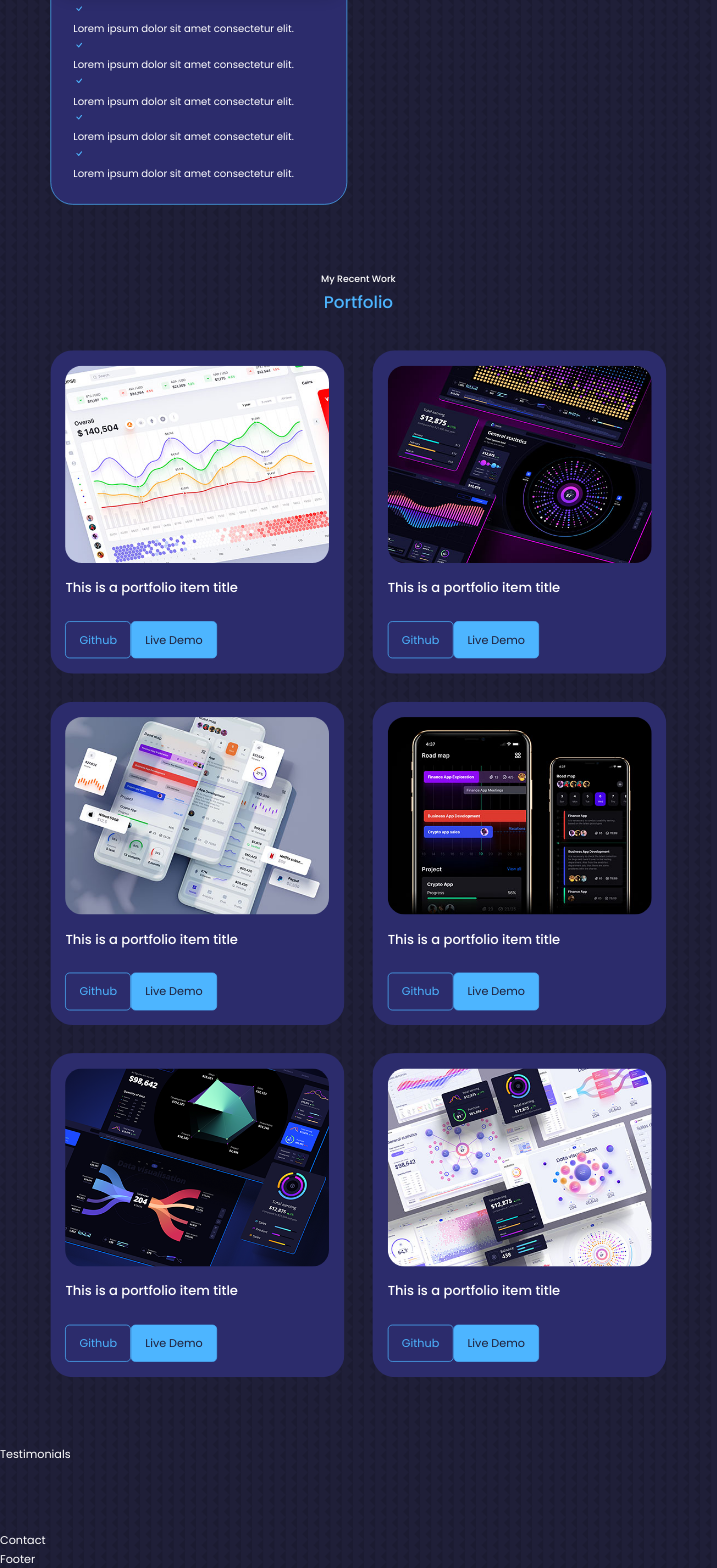
Repository: YuriSarmanho/Portifolio-
Page: / (app in portifolio/)
The author's editor kept a copy of each file at every save. The page is drawn from the files as they stood at one save, then again after the next save.
The browser window is 1024 px wide. The pictures show the part of the page from y = 3369 to 5609 px (the page is 5609 px tall before and 5591 px after), at 70% of full size.
The project was rebuilt for these pictures with package versions that can differ from the ones it lists, and the page was loaded fresh each time. Also part of the build but not shown: portifolio/src/Components/Contact/Contact.css, portifolio/src/Components/Testimonials/Testimonials.css. Imported but missing from the stored project, and not drawn on this page: portifolio/src/assets/cv.pdf.

Above is the page before, as saved 2022-05-25 10:33:10.

After the next save:
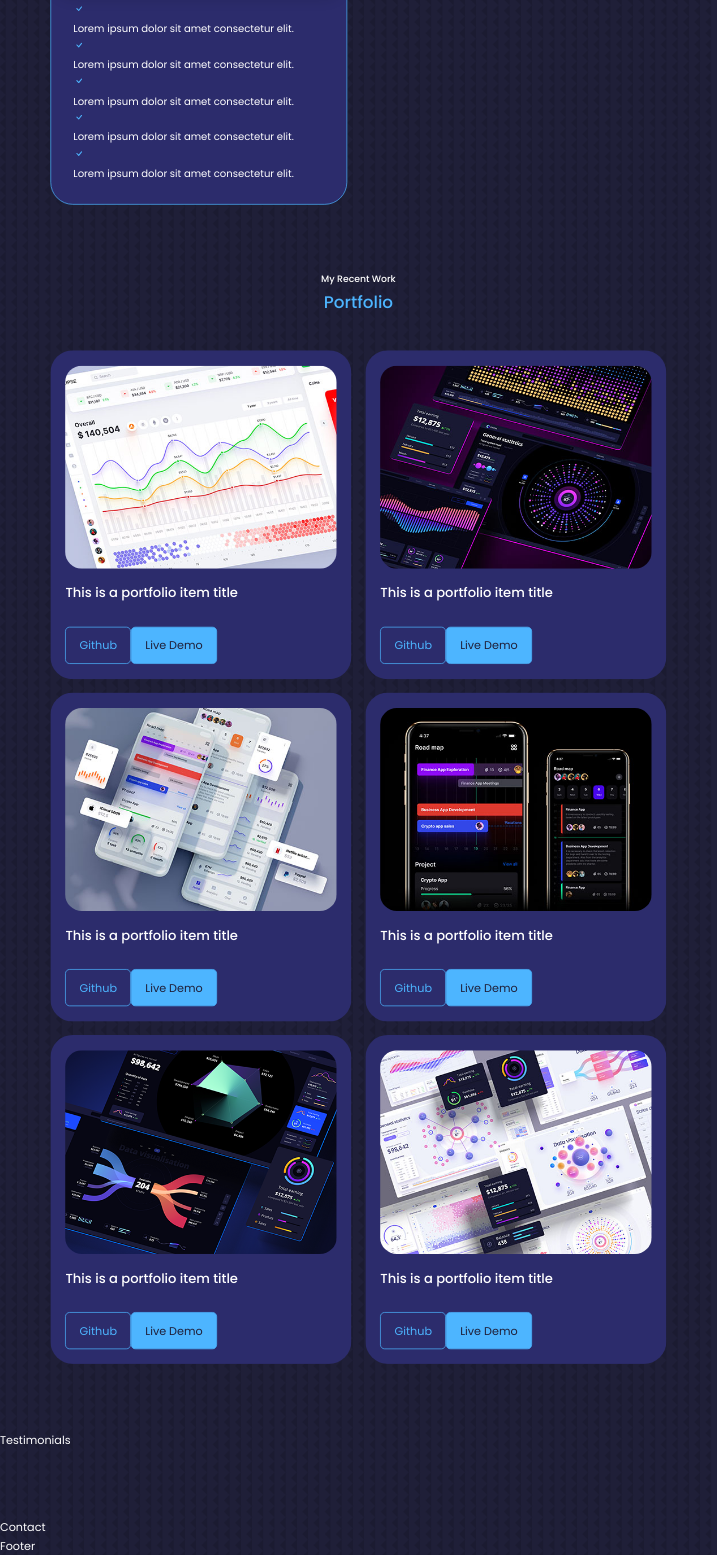
Saved 5 s later.
--- a/portifolio/src/Components/Portfolio/Portfolio.css
+++ b/portifolio/src/Components/Portfolio/Portfolio.css
@@ -34,6 +34,7 @@
 @media screen and (max-width: 1024px) {
     .portfolio__container{
         grid-template-columns: 1fr 1fr;
+        gap: 1.2rem;
     }
 }
 
